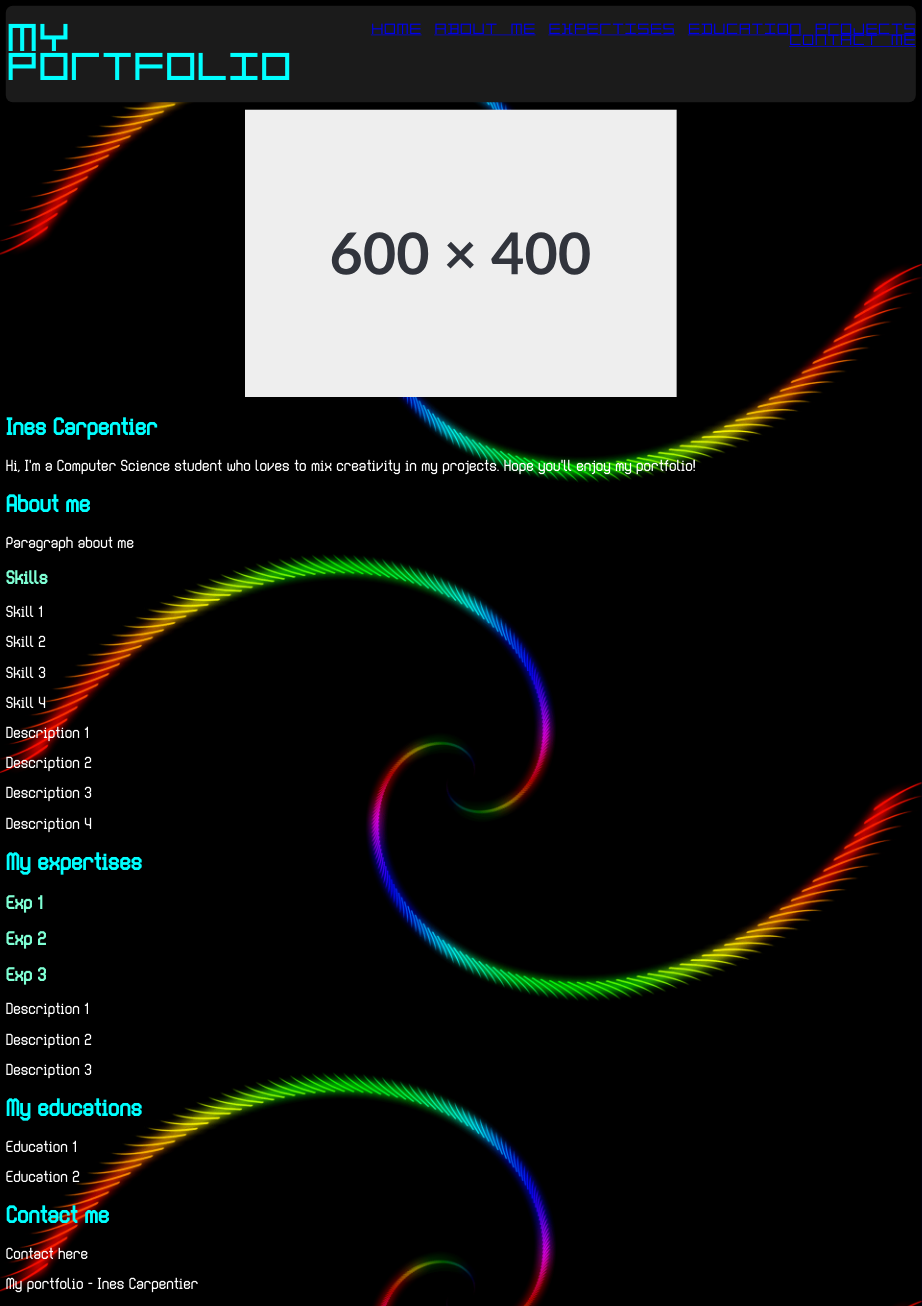
Repository: InsCarp/InsCarp
Page: index.html
The author's editor kept a copy of each file at every save. The page is drawn from the files as they stood at one save, then again after the next save.
The browser window is 1280 px wide. The pictures show the whole page, at 72% of full size.
Backgrounds fixed to the window are drawn as part of the page.

Above is the page before, as saved 2026-04-22 11:27:41.

After the next save:
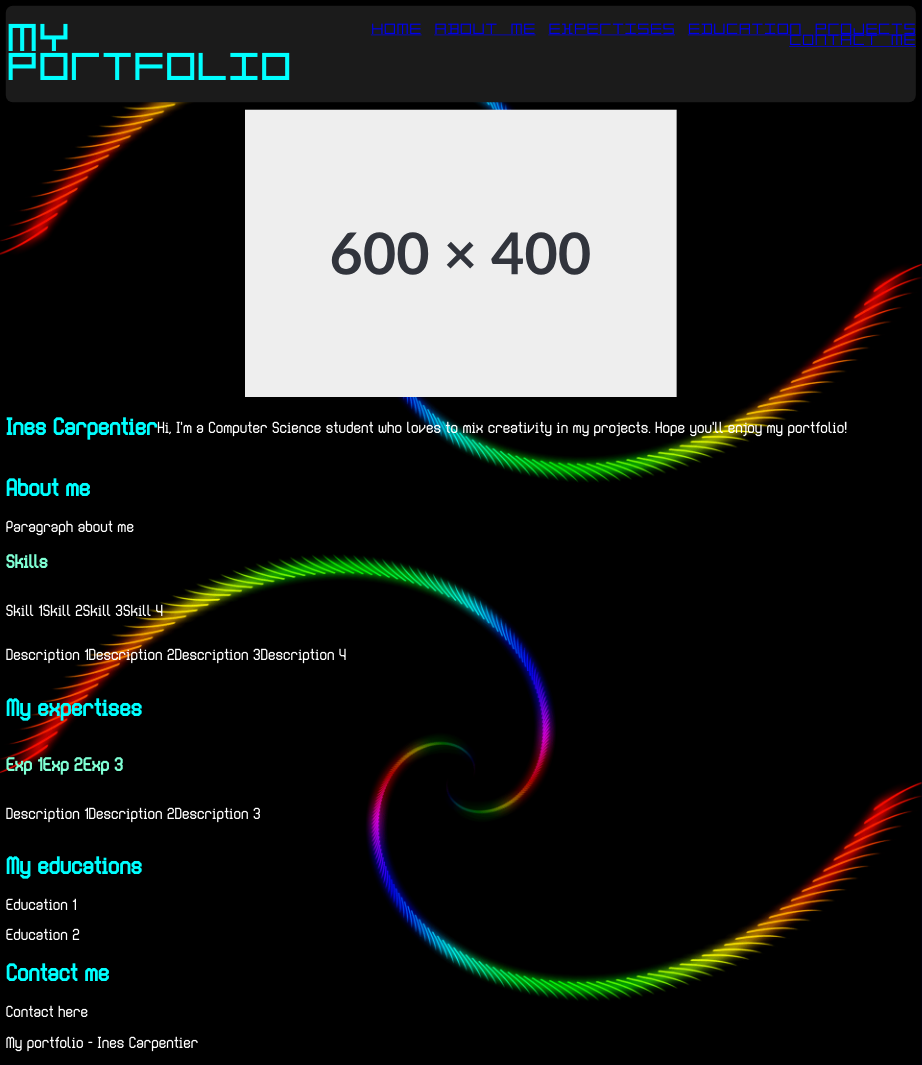
Saved 62 s later.
--- a/styles/index.css
+++ b/styles/index.css
@@ -3,6 +3,11 @@
     flex-direction: row;
 }
 
+article{
+    display:flex;
+  flex-direction: row;
+  align-items: center;
+}
 
 #Me{
     display:block;
